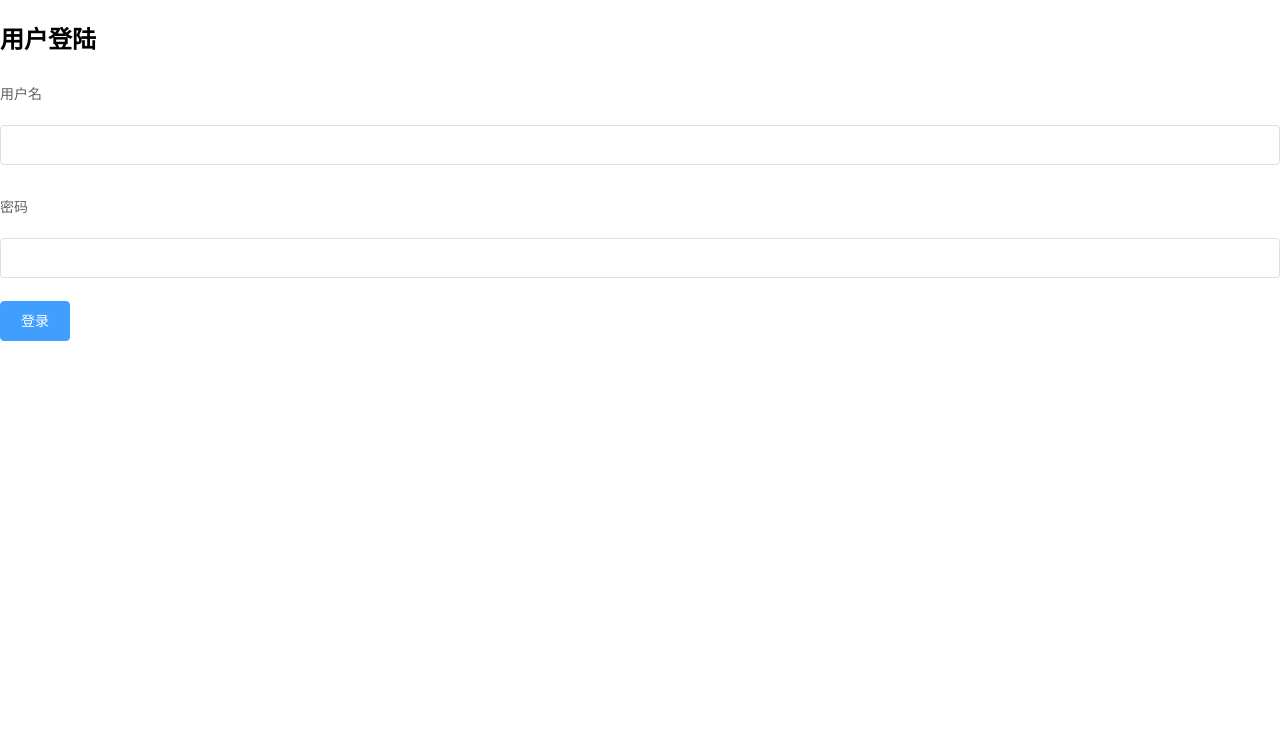
Repository: StenphonCook/mallmanger_my
Page: /#/login
These files come from the project's save history. The page is drawn as it stood at one moment and after the next save; the edit follows.
The browser window is 1280 px wide. The pictures show the whole page.
The project was rebuilt for these pictures with package versions that can differ from the ones it lists, and the page was loaded fresh each time.

Above is the page before, as saved 2022-05-18 11:06:24.

After the next save:
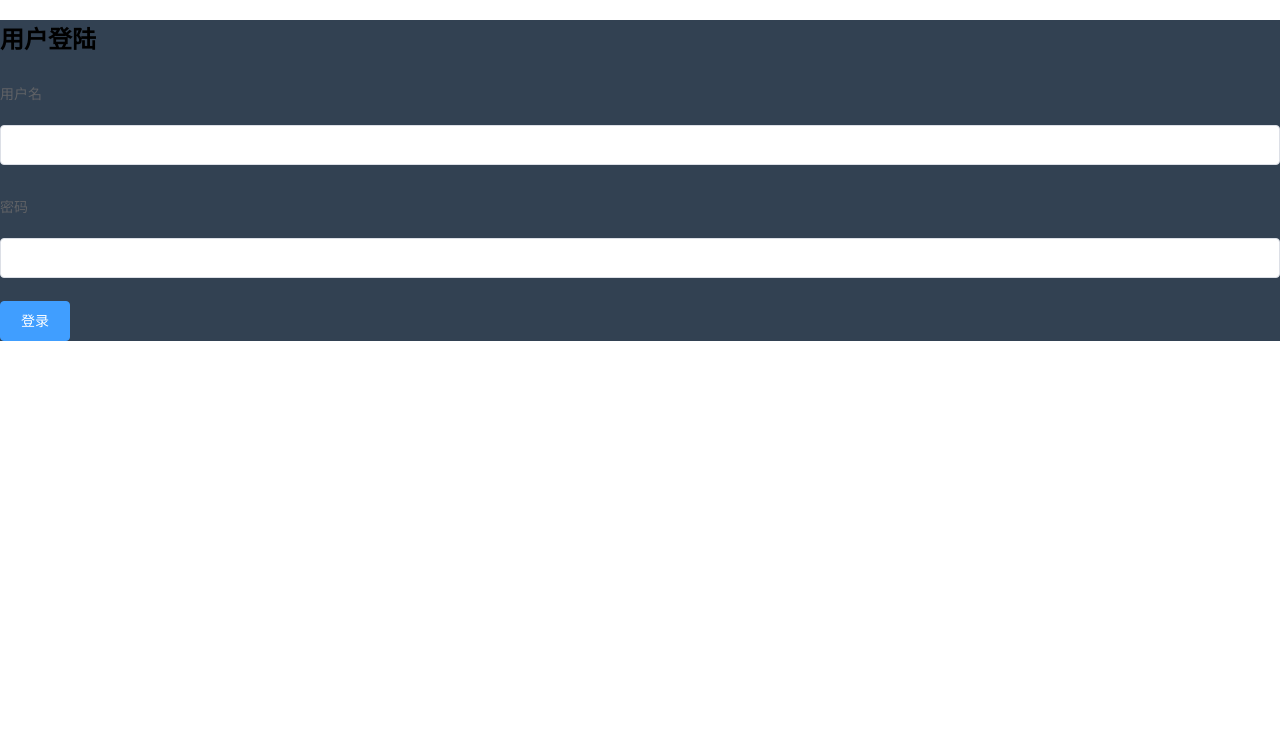
Saved 105 s later.
--- a/src/components/login/login.vue
+++ b/src/components/login/login.vue
@@ -31,6 +31,9 @@ export default {
 }
 </script>
 
-<style>
-
+<style scoped>
+    .login-warp{
+        height: 100%;
+        background-color: #324152;
+    }
 </style>
